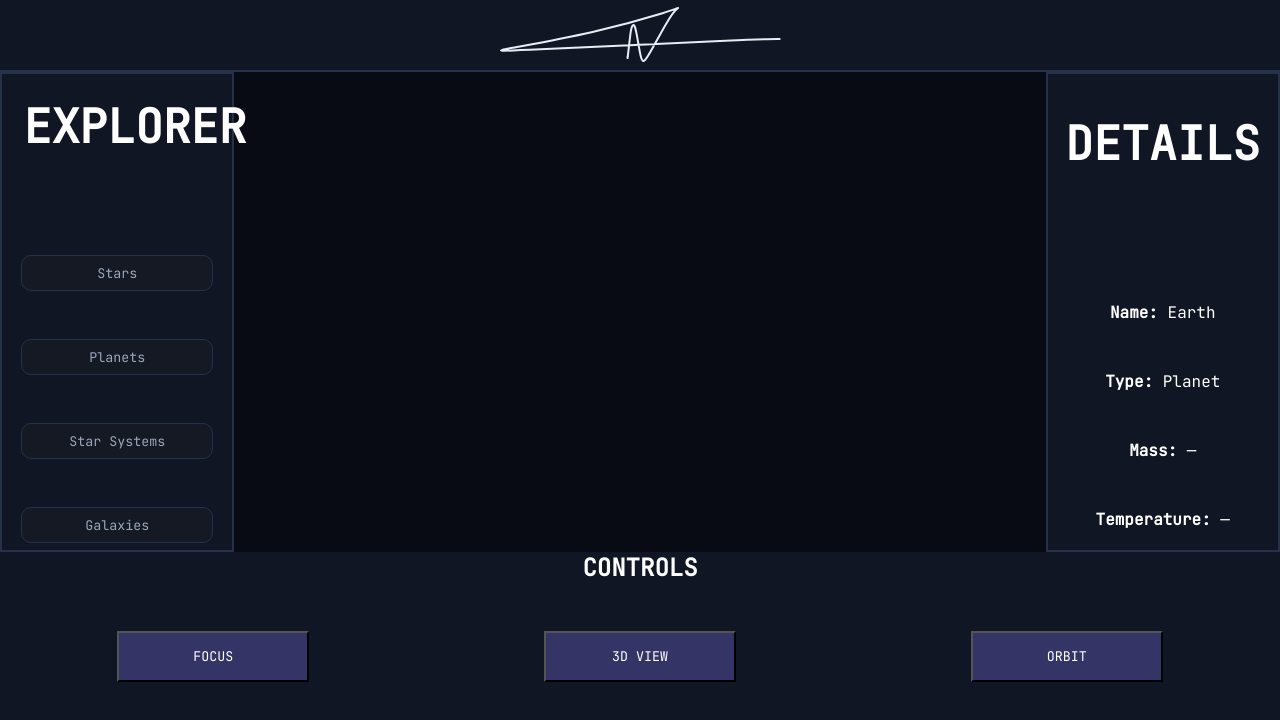
Repository: nico-madruga/Universe
Page: front-end/html/index.html
These files come from the project's save history. The page is drawn as it stood at one moment and after a run of saves; the edit follows.
The browser window is 1280 px wide. The pictures show the whole page.

Above is the page before, as saved 2026-09-28 18:04:34.

After the next 2 saves:
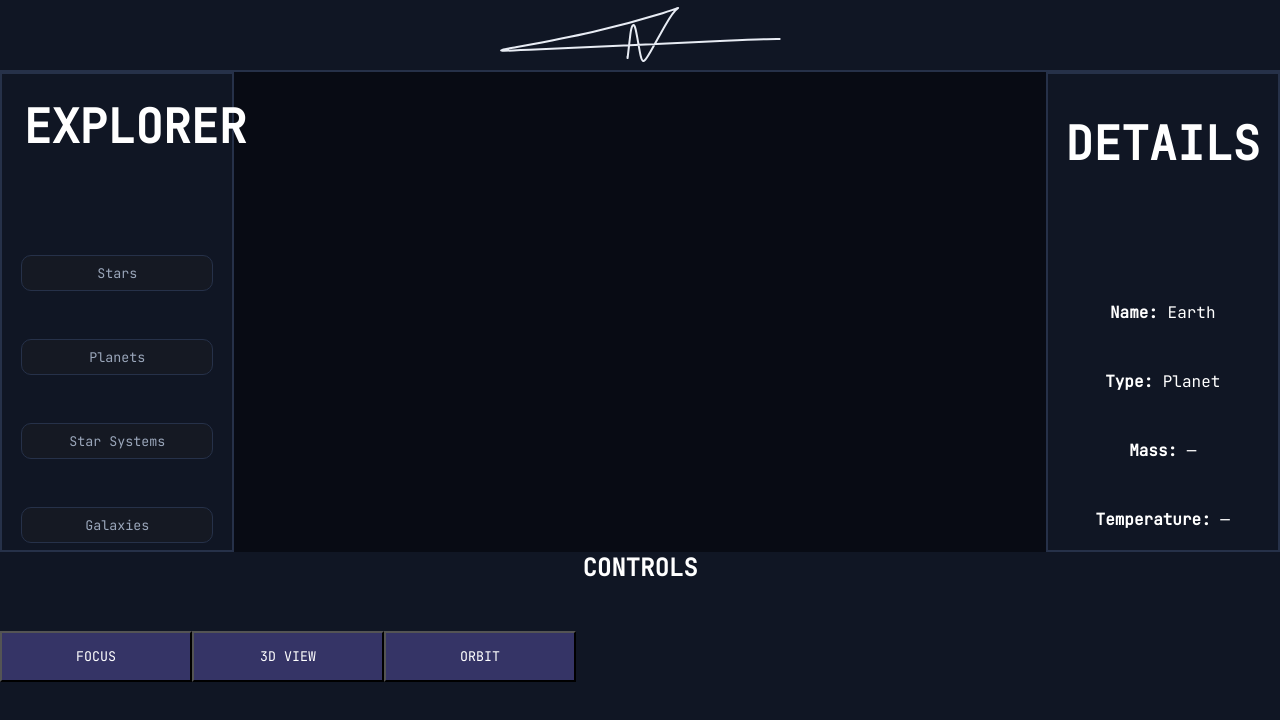
The 2 saves are shown as one change because they came seconds apart.
The last was saved 3 min 9 s later.
--- a/front-end/css/style.css
+++ b/front-end/css/style.css
@@ -143,7 +143,7 @@
 .control-buttons
 {
     display: flex;
-    justify-content: space-around;
+    justify-content: ;
 }
 
 .control-button

After the save that followed:
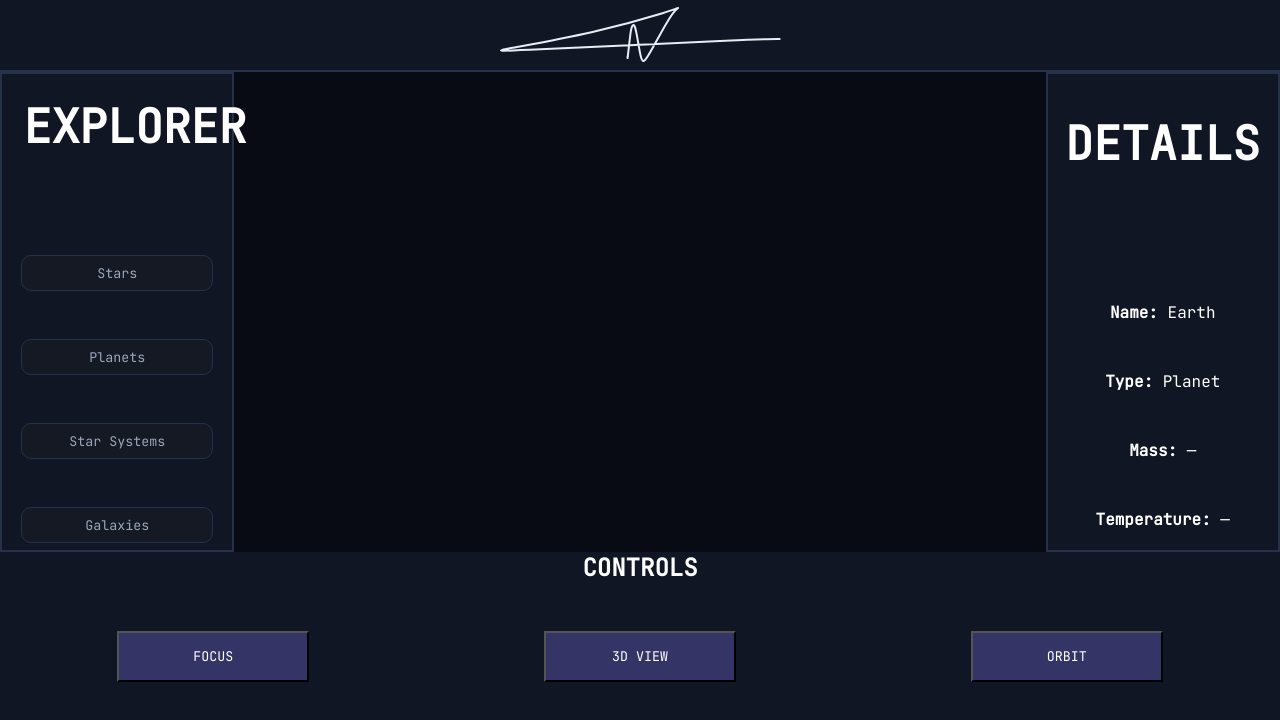
Saved 6 s later.
--- a/front-end/css/style.css
+++ b/front-end/css/style.css
@@ -143,7 +143,7 @@
 .control-buttons
 {
     display: flex;
-    justify-content: ;
+    justify-content: space-around;
 }
 
 .control-button
